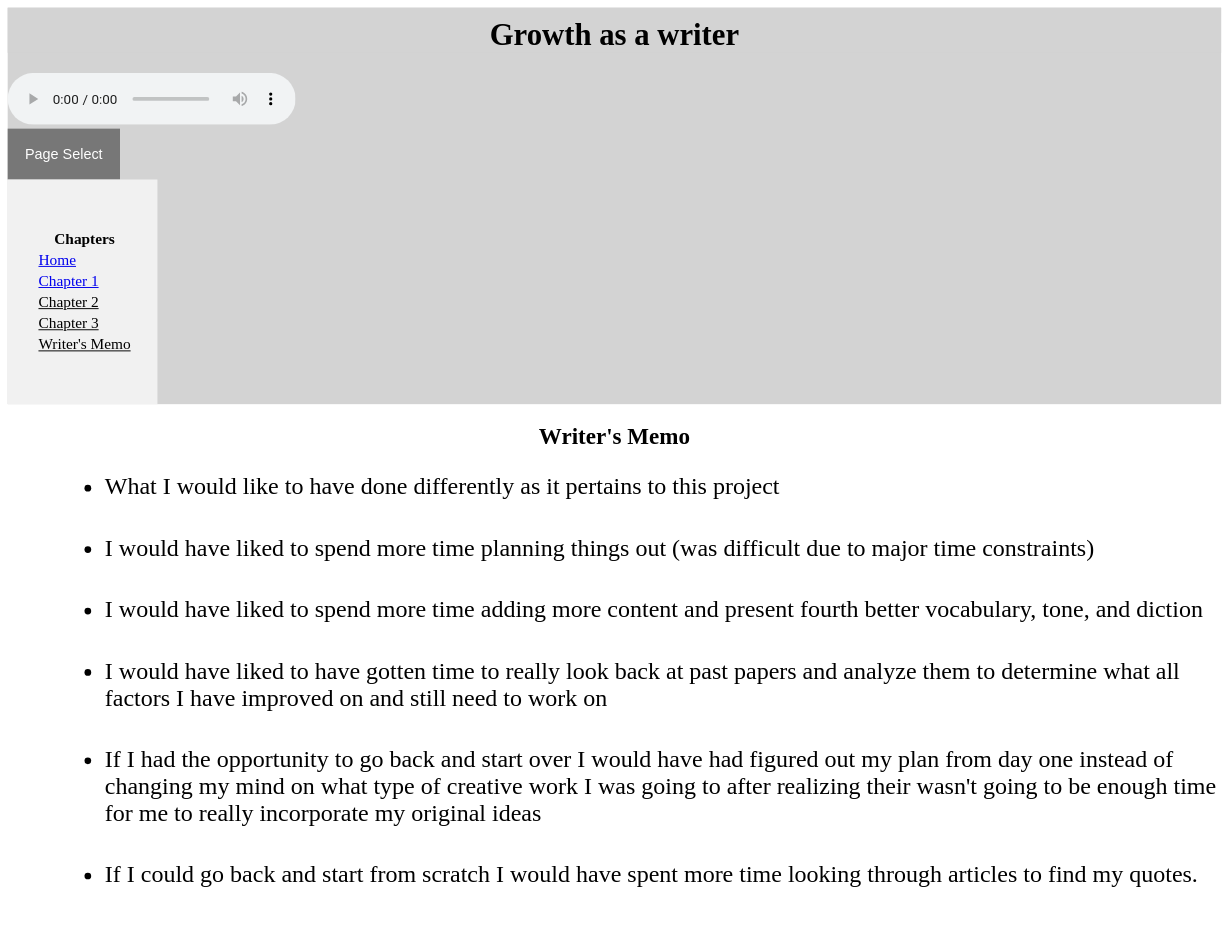
Repository: jpaisiem/WP-4
Page: WritersMemo.html
These files come from the project's save history. The page is drawn as it stood at one moment and after the next save; the edit follows.
The browser window is 1280 px wide. The pictures show the whole page, at 96% of full size.

Above is the page before, as saved 2025-05-01 12:21:11.
Console error: TypeError: Cannot read properties of undefined (reading 'toggle')

After the next save:
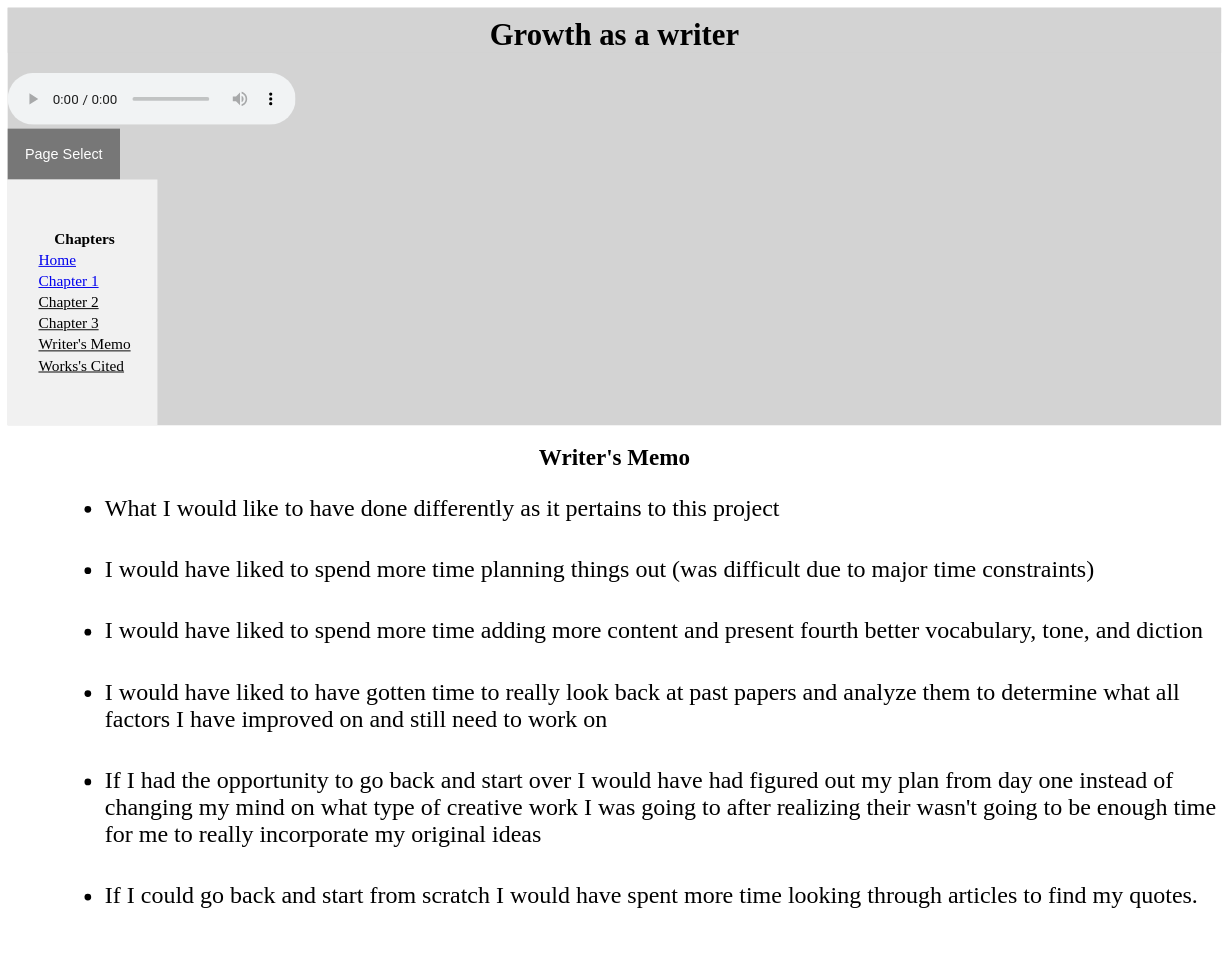
Saved 11 s later.
--- a/WritersMemo.html
+++ b/WritersMemo.html
@@ -74,6 +74,9 @@ li
     <tr>
         <td><a href="WritersMemo.html" style="color: black;">Writer&apos;s Memo</a></td>
     </tr>
+    <tr>
+        <td><a href="WorksCited.html" style="color: black;">Works&apos;s Cited</a></td>
+    </tr>
   </table></p>
 </div>
     </div>
